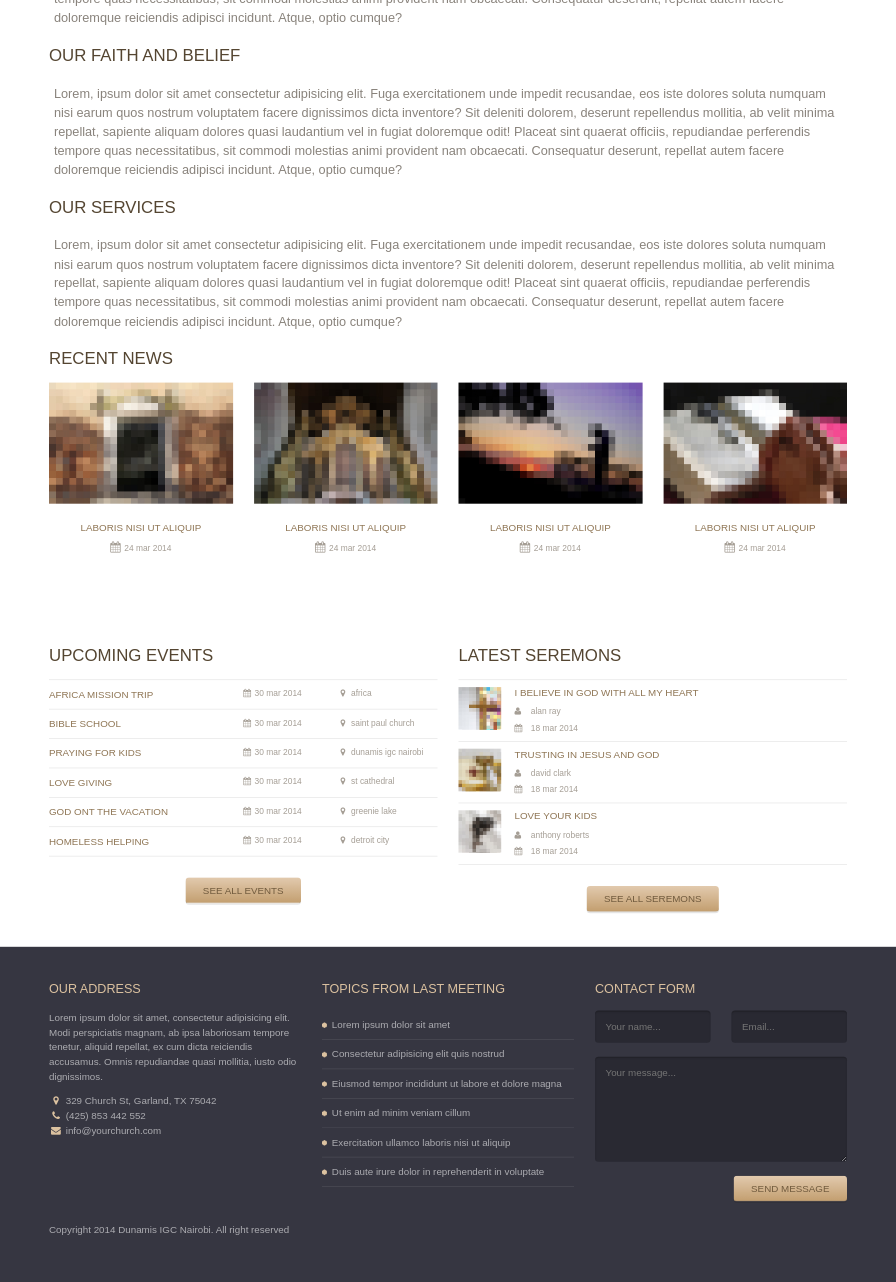
Repository: profbkmurage/churchWebsite
Page: index.html
The author's editor kept a copy of each file at every save. The page is drawn from the files as they stood at one save, then again after the next save.
The browser window is 1280 px wide. The pictures show the part of the page from y = 1022 to 2942 px (the page is 2853 px tall before and 2942 px after), at 70% of full size.

Above is the page before, as saved 2024-07-10 18:51:25.

After the next save:
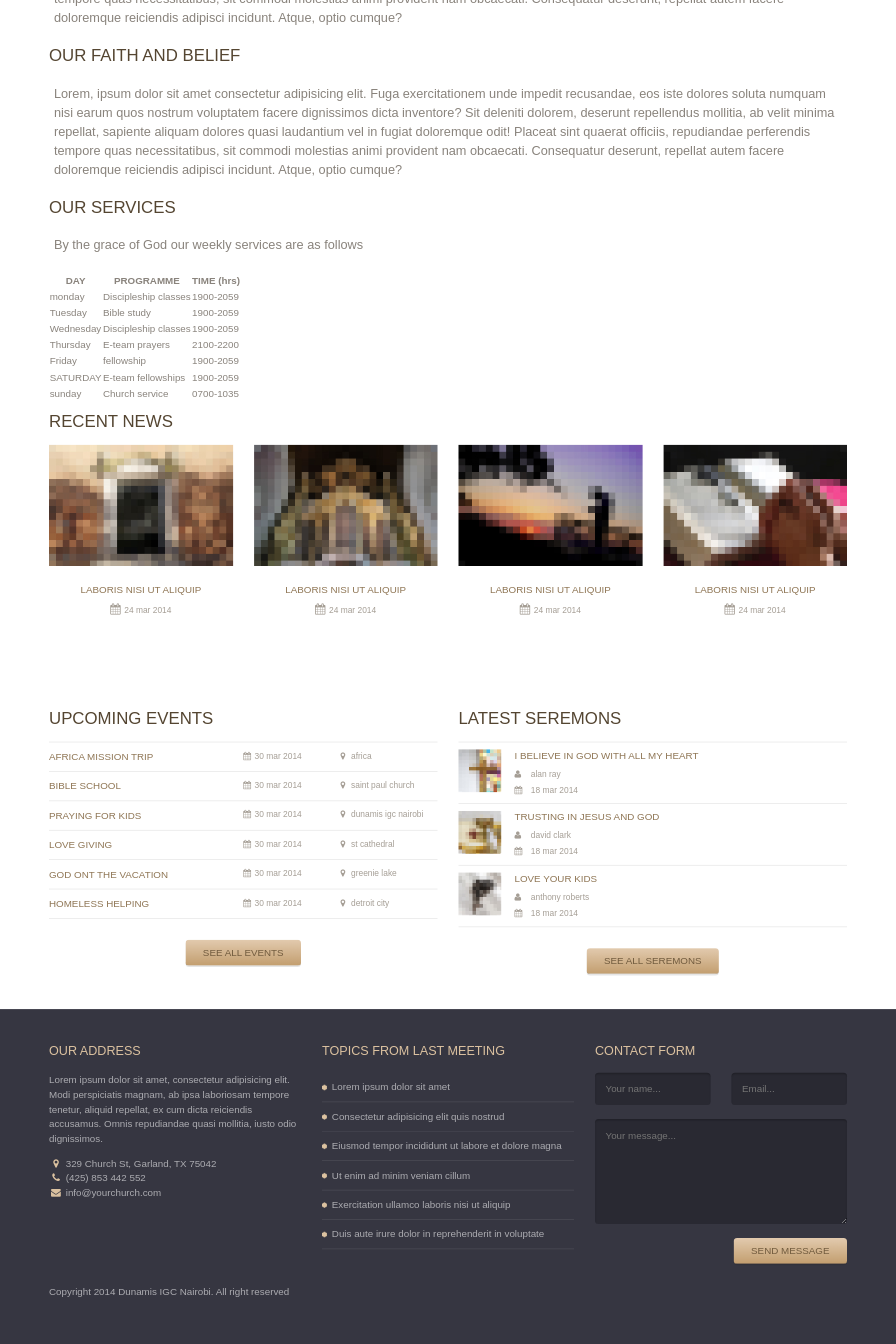
Saved 25 min 18 s later.
--- a/index.html
+++ b/index.html
@@ -86,7 +86,51 @@
 						</p>
 						<h2 class="section-title bluColor">Our services</h2>
 						<p class="welcomeNote">
-							Lorem, ipsum dolor sit amet consectetur adipisicing elit. Fuga exercitationem unde impedit recusandae, eos iste dolores soluta numquam nisi earum quos nostrum voluptatem facere dignissimos dicta inventore? Sit deleniti dolorem, deserunt repellendus mollitia, ab velit minima repellat, sapiente aliquam dolores quasi laudantium vel in fugiat doloremque odit! Placeat sint quaerat officiis, repudiandae perferendis tempore quas necessitatibus, sit commodi molestias animi provident nam obcaecati. Consequatur deserunt, repellat autem facere doloremque reiciendis adipisci incidunt. Atque, optio cumque?
+							By the grace of God our weekly services are as follows
+							<!-- events table -->
+<table>
+						<tr>
+							<th>DAY</th>
+							<th>PROGRAMME</th>
+							<th>TIME (hrs)</th>
+						</tr>
+						<tr>
+							<td>monday</td>
+							<td>Discipleship classes</td>
+							<td>1900-2059</td>
+						</tr>
+						<tr>
+							<td>Tuesday</td>
+							<td>Bible study</td>
+							<td>1900-2059</td>
+						</tr>
+						<tr>
+							<td>Wednesday</td>
+							<td>Discipleship classes</td>
+							<td>1900-2059</td>
+						</tr>
+						<tr>
+							<td>Thursday</td>
+							<td>E-team prayers</td>
+							<td>2100-2200</td>
+						</tr>
+						<tr>
+							<td>Friday</td>
+							<td>fellowship</td>
+							<td>1900-2059</td>
+						</tr>
+						<tr>
+							<td>SATURDAY</td>
+							<td>E-team fellowships</td>
+							<td>1900-2059</td>
+						</tr>
+						<tr>
+							<td>sunday</td>
+							<td>Church service</td>
+							<td>0700-1035</td>
+						</tr>
+					</table>
+							<!-- end of table -->
 						</p>
 						<h2 class="section-title bluColor">Recent news</h2>
 
